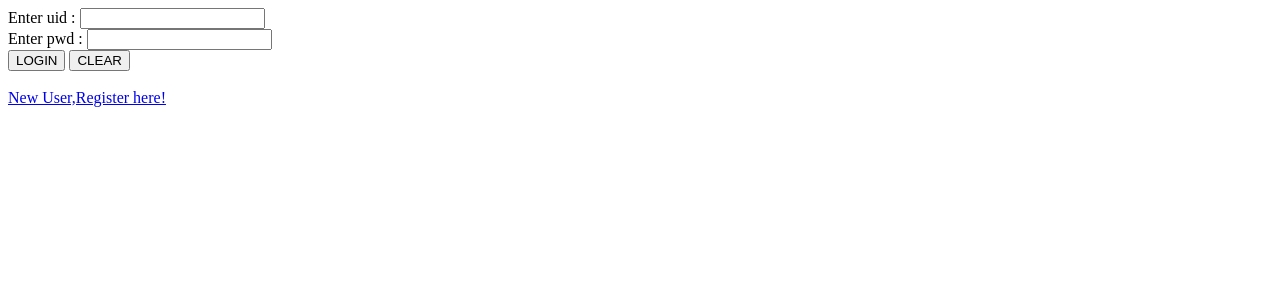
Repository: tushar-TD/Adv_java
Page: http://localhost/Shopping_App/Login.jsp
An editor plug-in stored every save of this project. The page is shown before and after the next save, followed by the edit.
The browser window is 1280 px wide. The pictures show the whole page.
The page is served by Tomcat 9. Other server files are loaded and not shown.

Above is the page before, as saved 2023-07-06 05:29:03.

### Shopping_App/src/main/webapp/Login.jsp
<%@ page language="java" contentType="text/html; charset=ISO-8859-1"
    pageEncoding="ISO-8859-1"%>
<!DOCTYPE html>
<html>
<head>
<meta charset="ISO-8859-1">
<title>Insert title here</title>
</head>
<body>
${cookie.loginerror.value}
	<form action="http://localhost:8080/ShoppingApp/logincheck" method="post">
		Enter uid : <input type="text" name="uid" />
		<br/>
		Enter pwd : <input type="password" name="pwd" />
		<br/>
		<input type="submit" value="LOGIN" />
		<input type="reset" value="CLEAR" />
	</form>
	<br/>
	<a href="http://localhost:8080/Shopping_App">New User,Register here!</a>

</body>
</html>

After the next save:
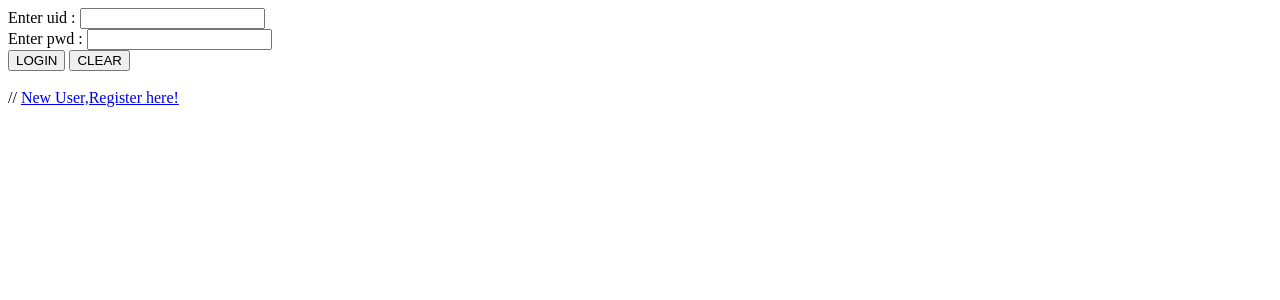
Saved 4 s later.
--- a/Shopping_App/src/main/webapp/Login.jsp
+++ b/Shopping_App/src/main/webapp/Login.jsp
@@ -17,7 +17,7 @@ ${cookie.loginerror.value}
 		<input type="reset" value="CLEAR" />
 	</form>
 	<br/>
-	<a href="http://localhost:8080/Shopping_App">New User,Register here!</a>
+//	<a href="http://localhost:8080/Shopping_App">New User,Register here!</a>
 
 </body>
 </html>
